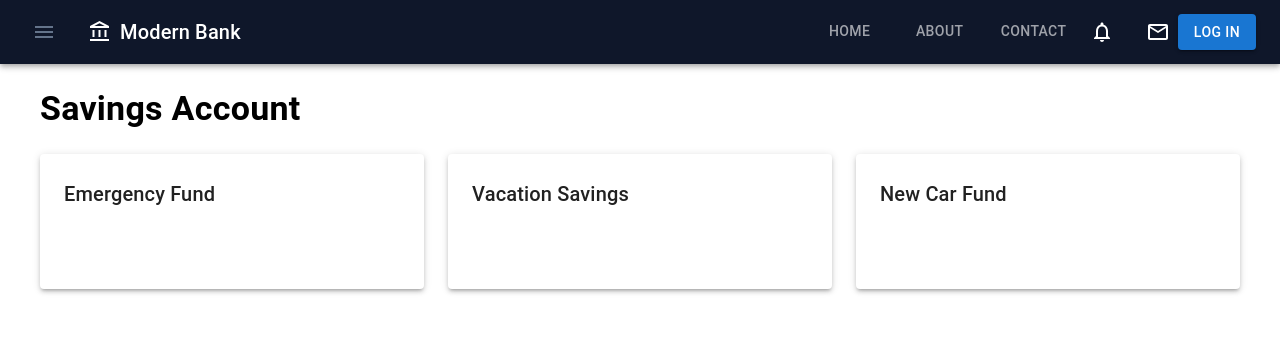
Repository: MohammadMazloum123/Moder-Bank-Full-Stack-Project
Page: /savings-account (app in Desktop/front-modernbank/front-modernbank/)
An editor plug-in stored every save of this project. The page is shown before and after a run of saves, followed by the edit.
The browser window is 1280 px wide. The pictures show the whole page.
The project was rebuilt for these pictures with package versions that can differ from the ones it lists, and the page was loaded fresh each time. Also part of the build but not shown: Desktop/front-modernbank/front-modernbank/src/components/HomePage.jsx, Desktop/front-modernbank/front-modernbank/src/transactions/NewTransaction.tsx, Desktop/front-modernbank/front-modernbank/src/transactions/TransactionsHistory.tsx.

Above is the page before, as saved 2024-11-18 17:19:18.

### Desktop/front-modernbank/front-modernbank/public/index.html
<!DOCTYPE html>
<html lang="en">
  <head>

    <meta charset="utf-8" />
    <link rel="icon" href="%PUBLIC_URL%/favicon.ico" />
    <meta name="viewport" content="width=device-width, initial-scale=1" />
    <meta name="theme-color" content="#000000" />
    <meta
      name="description"
      content="Web site created using create-react-app"
    />
    <link rel="apple-touch-icon" href="%PUBLIC_URL%/logo192.png" />

    <link rel="manifest" href="%PUBLIC_URL%/manifest.json" />

    <title>Modern Bank App</title>
    <style>
      body{
        margin: 0;
        padding: 0;
        box-sizing: border-box;
      }
    </style>
  </head>
  <body>
    <noscript>You need to enable JavaScript to run this app.</noscript>
    <div id="root"></div>
  </body>
</html>

### Desktop/front-modernbank/front-modernbank/src/App.js
import React from "react";
import { Box} from "@mui/material";
import NavBar from "./components/NavBar";
import {BrowserRouter as Router} from "react-router-dom";
import AppRoutes from "./route/AppRoutes.tsx";


function App() {
  return (
    <Router>
      <Box>
        <NavBar/>
      </Box>
      <AppRoutes/>
    </Router>
  );
}

export default App;

### Desktop/front-modernbank/front-modernbank/src/components/NavBar.jsx
import { AppBar, Toolbar, Typography, Tabs, Tab, Button, Box } from '@mui/material'
import React, { useState } from 'react'
import DrawerComp from '../DrawerComp';
import NotificationsNoneOutlinedIcon from '@mui/icons-material/NotificationsNoneOutlined';
import EmailOutlinedIcon from '@mui/icons-material/EmailOutlined';
import { AccountBalanceOutlined } from '@mui/icons-material';
import { Link } from 'react-router-dom';

const NavBar = () => {
    const [value, setvalue] = useState();
return (
    <AppBar position='sticky' sx={{bgcolor:"#0f172a"}}>
        <Toolbar>

                <DrawerComp/>
                <Box display="flex" alignItems="center" flex={3} ml={3}>
                    <AccountBalanceOutlined fontSize='medium' sx={{ color: "white", mr: 1 }} />
                        <Typography variant='h6' color='inherit'>
                            Modern Bank
                        </Typography>
                </Box>
            <Box display="flex" flex={0.7} justifyContent="center">
                <Tabs
                textColor='inherit'
                indicatorColor='secondary'
                value={value}
                onChange={(e, value) => setvalue(value)}
                >
                        <Tab LinkComponent={Link} to="/" label="Home"/>
                        <Tab label="About"/>
                        <Tab label="Contact"/>
                </Tabs>
            </Box>
            <Box display="flex" flex={0.4} alignItems="center" justifyContent="center">
                <NotificationsNoneOutlinedIcon sx={{mr:4}}/>
                <EmailOutlinedIcon/>
            </Box>
            <Box display="flex" justifyContent="flex-end">
                <Button sx={{marginLeft:'auto'}} variant='contained'>Log In</Button>
            </Box>
        </Toolbar>
    </AppBar>
)
}

export default NavBar

### Desktop/front-modernbank/front-modernbank/src/route/AppRoutes.tsx
import React from 'react'
import {Routes, Route} from "react-router-dom";
import HomePage from '../components/HomePage';
import NewTransaction from '../transactions/NewTransaction.tsx';
import TransactionsHistory from '../transactions/TransactionsHistory.tsx';
import SavingsAccount from '../savings/SavingsAccount.tsx';

const AppRoutes = () => {
    return (
        <Routes>
            <Route path='/' element={<HomePage/>}/>
            <Route path='/new-transactions' element={<NewTransaction/>}/>
            <Route path='/transactions-history' element={<TransactionsHistory/>}/>
            <Route path='/savings-account' element={<SavingsAccount/>}/>
        </Routes>
    )
}

export default AppRoutes

### Desktop/front-modernbank/front-modernbank/src/DrawerComp.jsx
import React, {useState} from 'react'
import MenuIcon from '@mui/icons-material/Menu';
import {
    Drawer,
    IconButton,
    List,
    ListItemButton,
    ListItemIcon,
    ListItemText,
    Typography,
    Collapse,
    Divider,
    Box,
    Switch
    } from '@mui/material';

import {
    ExpandLess,
    ExpandMore,
    AddOutlined,
    SavingsOutlined,
    HistoryOutlined,
    CreditCardOutlined,
    TrendingUpOutlined,
    AccountBalanceOutlined,
    PercentOutlined,
    AttachMoneyOutlined,
    ShowChartOutlined,
    LogoutOutlined,
} from "@mui/icons-material";
import { Link } from 'react-router-dom';


const DrawerComp = () => {
    const [OpenDrawer, setOpenDrawer] = useState(false);
      // Dropdown states
        const [transactionsOpen, setTransactionsOpen] = useState(false);
        const [savingsOpen, setSavingsOpen] = useState(false);
        const [expenseTracker, setExpenseTracker] = useState(false);

return (
    <>
        <Drawer
        open={OpenDrawer}
        onClose={() => setOpenDrawer(false)}
        sx={{padding: "16px"}}
        >
        <Typography
            variant="h6"
            sx={{
            padding: 2,
            textAlign: "center",
            bgcolor: "#0f172a",
            color: "white",
        }}
        >
            Modern Bank
        </Typography>
        <Divider/>

            <List sx={{p: 2 ,width:"340px"}}>
                {/* Account Transactions Dropdown */}
                <ListItemButton onClick={() => setTransactionsOpen(!transactionsOpen)}>
                    <ListItemIcon>
                        <CreditCardOutlined/>
                    </ListItemIcon>
                    <ListItemText primary="Transactions"/>
                    {transactionsOpen ? <ExpandLess/> : <ExpandMore/>}
                </ListItemButton>
                <Collapse in={transactionsOpen} timeout="auto" unmountOnExit>
                    <List component="div" disablePadding sx={{pl : 2}}>
                        <ListItemButton component={Link} to="/new-transactions">
                            <ListItemIcon>
                                <AddOutlined fontSize='small'/>
                            </ListItemIcon>
                        <ListItemText primary="New Transactions"/>
                        </ListItemButton>
                        <ListItemButton component={Link} to="/transactions-history">
                            <ListItemIcon>
                                <HistoryOutlined fontSize='small'/>
                            </ListItemIcon>
                        <ListItemText primary="Transactions History"/>
                        </ListItemButton>
                    </List>
                </Collapse>
                <Divider/>
                {/* Savings Dropdown */}
                <ListItemButton onClick={() => setSavingsOpen(!savingsOpen)}>
                    <ListItemIcon>
                        <SavingsOutlined fontSize='small'/>
                    </ListItemIcon>
                    <ListItemText primary="Savings"/>
                    {savingsOpen ? <ExpandLess/> : <ExpandMore/>}
                </ListItemButton>
                <Collapse in={savingsOpen} timeout="auto" unmountOnExit>
                    <List component="div" disablePadding sx={{pl : 2}}>
                        <ListItemButton component={Link} to="/savings-account">
                            <ListItemIcon>
                                <AccountBalanceOutlined fontSize='small'/>
                            </ListItemIcon>
                            <ListItemText primary="Savings Account"/>
                        </ListItemButton>
                        <ListItemButton>
                            <ListItemIcon>
                                <TrendingUpOutlined fontSize='small'/>
                            </ListItemIcon>
                            <ListItemText primary="Savings Goals"/>
                        </ListItemButton>
                        <ListItemButton>
                            <ListItemIcon>
                                <PercentOutlined fontSize='small'/>
                            </ListItemIcon>
                            <ListItemText primary="Interest Rate"/>
                        </ListItemButton>
                    </List>
                </Collapse>
                <Divider/>
            <ListItemButton onClick={() => setExpenseTracker(!expenseTracker)}>
                <ListItemIcon>
                    <AttachMoneyOutlined fontSize='small'/>
                </ListItemIcon>
                    <ListItemText primary="Expense Tracker" />
                    {transactionsOpen ? <ExpandLess/> : <ExpandMore/>}
            </ListItemButton>
            <Collapse in={expenseTracker} timeout="auto" unmountOnExit>
                <List component="div" disablePadding sx={{pl : 2}}>
                    <ListItemButton>
                        <ListItemIcon>
                            <ShowChartOutlined fontSize='small'/>
                        </ListItemIcon>
                        <ListItemText primary="Track Expenses"/>
                    </ListItemButton>
                </List>
            </Collapse>
              {/* Dark Mode Switch */}
        <Box display="flex" alignItems="center" mt={2}>
            <Typography variant="body1" sx={{ flexGrow: 1 }}>
                Dark Mode
            </Typography>
            <Switch
                inputProps={{ 'aria-label': 'Dark Mode Switch' }}
            />

            <ListItemButton>
                        <ListItemText primary="Log Out"/>
                        <ListItemIcon>
                            <LogoutOutlined/>
                        </ListItemIcon>
                    </ListItemButton>
        </Box>
            </List>
        </Drawer>
        {/* Drawer Toggle Button */}
        <IconButton onClick={() => setOpenDrawer(!OpenDrawer)}>
            <MenuIcon sx={{color:"#64748b"}}/>
        </IconButton>
    </>
)
}

export default DrawerComp

### Desktop/front-modernbank/front-modernbank/src/savings/SavingsAccount.tsx
import React, { useState } from 'react';
import {
    Typography,
    Box,
    Paper,
    Grid,
    Button,
    Table,
    TableBody,
    TableCell,
    TableContainer,
    TableHead,
    TableRow,
    LinearProgress,
    Chip,
    Dialog,
    DialogTitle,
    DialogContent,
    DialogActions,
    TextField,
} from '@mui/material';

// Mock data for demonstration
const mockSavingsAccounts = [
    { id: 1, name: 'Emergency Fund', balance: 5000, goal: 10000, interestRate: 1.5, lastTransaction: '2023-05-15' },
    { id: 2, name: 'Vacation Savings', balance: 2500, goal: 5000, interestRate: 2.0, lastTransaction: '2023-05-10' },
    { id: 3, name: 'New Car Fund', balance: 7500, goal: 15000, interestRate: 1.8, lastTransaction: '2023-05-20' },
];

const SavingsAccount = () => {
    const [openDialog, setOpenDialog] = useState(false);
    const [accounts, setAccounts] = useState(mockSavingsAccounts);
    const [newAccount, setNewAccount] = useState({name:'', goal:''})

    const handleOpenDialog = () => setOpenDialog(true);
    const handleCloseDialog = () => setOpenDialog(false);

    const handleAccount = () => {
        if(newAccount.name && newAccount.goal){
            const newAccountData = {
                id: accounts.length + 1,
                name: newAccount.name,
                balance: 0 ,
                goal: parseFloat(newAccount.name),
                interestRate : 1.5,
                lastTransaction: new Date().toISOString().split('T')[0],
            };
            setAccounts([...accounts, newAccountData]);
            setNewAccount({name:'', goal:''});
            handleCloseDialog();
        }
    };
return (
    <Box sx={{maxWidth:1200, mx:'auto', p:3}}>
        <Typography component="h1" variant='h4' gutterBottom sx={{fontWeight:'bold', mb:3}}>
            Savings Account
        </Typography>
        <Grid container spacing={3} sx={{mb:3}}>
            {accounts.map((account) =>(
                <Grid item xs={12} md={4} key={account.id}>
                    <Paper elevation={3} sx={{display:'flex', height:'100%', flexDirection:'column', p: 3}}>
                        <Typography variant='h6' gutterBottom>{account.name}</Typography>
                        <Box >

                        </Box>
                    </Paper>
                </Grid>
            ))}

        </Grid>
    </Box>
)
}

export default SavingsAccount

Loaded but not shown: Desktop/front-modernbank/front-modernbank/src/index.js (common file); Desktop/front-modernbank/front-modernbank/src/reportWebVitals.js (common file)

After the next 9 saves:
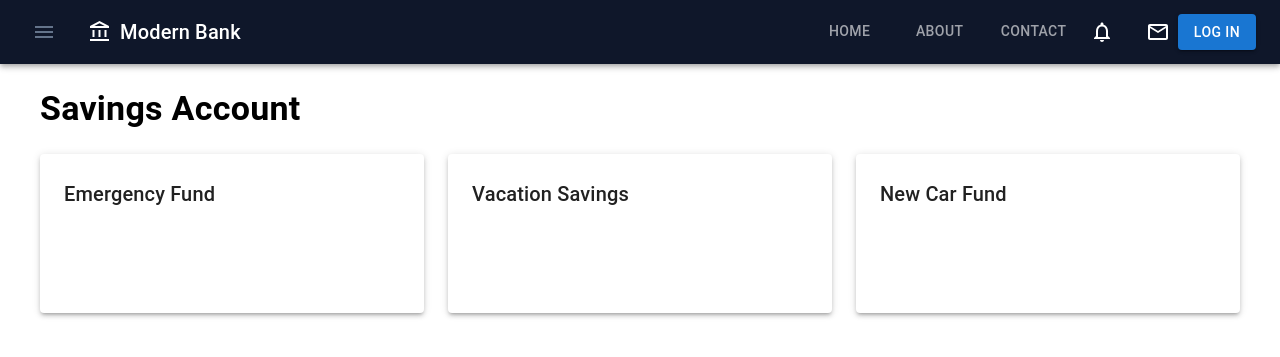
The 9 saves are shown as one change because 1 did not build or start and some came seconds apart.
The last was saved 26 s later.
--- a/Desktop/front-modernbank/front-modernbank/src/savings/SavingsAccount.tsx
+++ b/Desktop/front-modernbank/front-modernbank/src/savings/SavingsAccount.tsx
@@ -60,7 +60,7 @@ return (
                 <Grid item xs={12} md={4} key={account.id}>
                     <Paper elevation={3} sx={{display:'flex', height:'100%', flexDirection:'column', p: 3}}>
                         <Typography variant='h6' gutterBottom>{account.name}</Typography>
-                        <Box >
+                        <Box sx={{display:'flex', justifyContent:'space-between', mb:3}}>
 
                         </Box>
                     </Paper>
